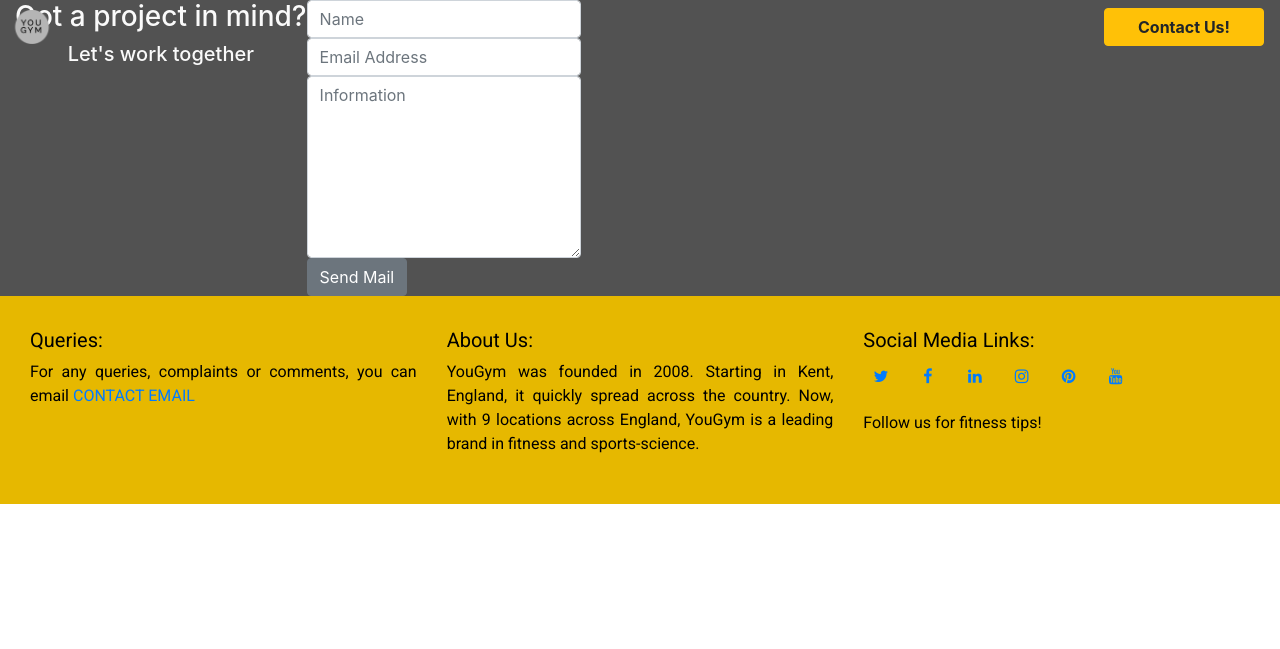
Repository: Felix-Redwood/Interactive-Frontend-Development-Milestone-Project
Page: contact.html
The author's editor kept a record of every edit. The page is drawn from the files as they stood at one moment, then again after the next edit.
The browser window is 1280 px wide. The pictures show the whole page.

Above is the page before.
Console error: ReferenceError: emailjs is not defined

After the next edit:
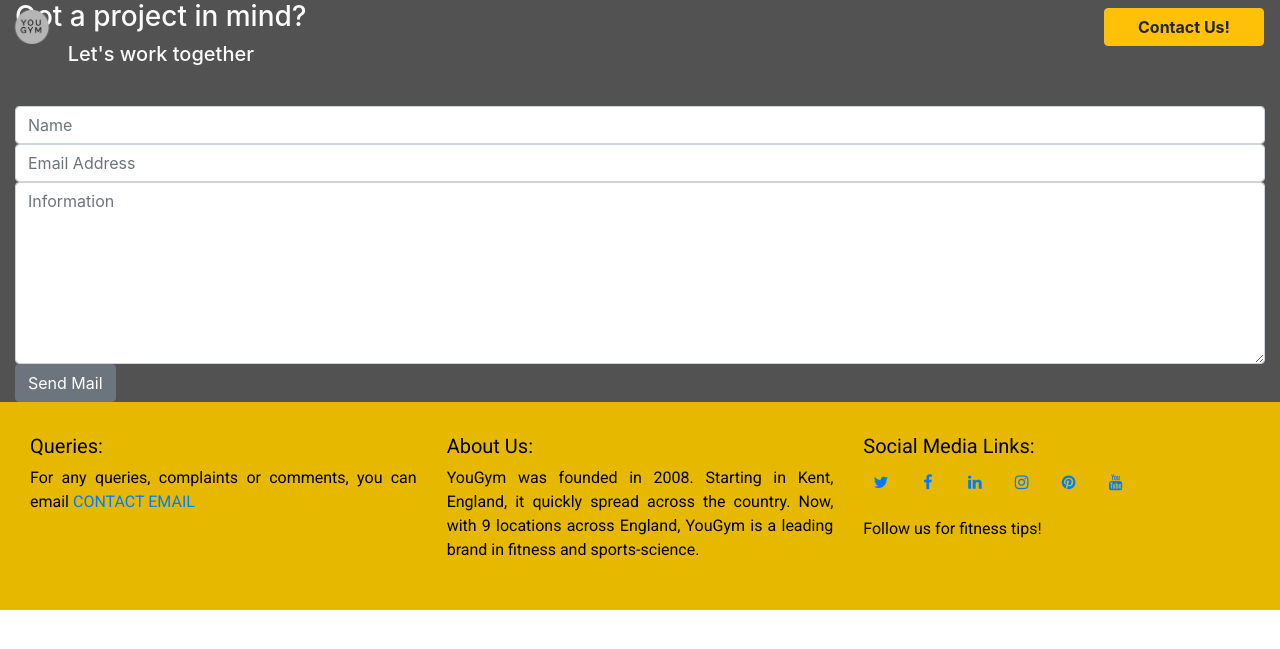
The edit:
--- a/contact.html
+++ b/contact.html
@@ -45,7 +45,7 @@
                         <h3 class="contact-heading uppercase text-center">Got a project in mind?</h3>
                         <h5 class="uppercase text-center">Let's work together</h5>
                     </div>
-                    <div class="center-form">
+                    <div class="contact-form">
                         <form onsubmit="return sendEmail(this);">
                             <input type="text" name="name" class="form-control" id="fullname" placeholder="Name" required/>
                             <input type="text" name="emailaddress" class="form-control" id="emailaddress" placeholder="Email Address" required/>
